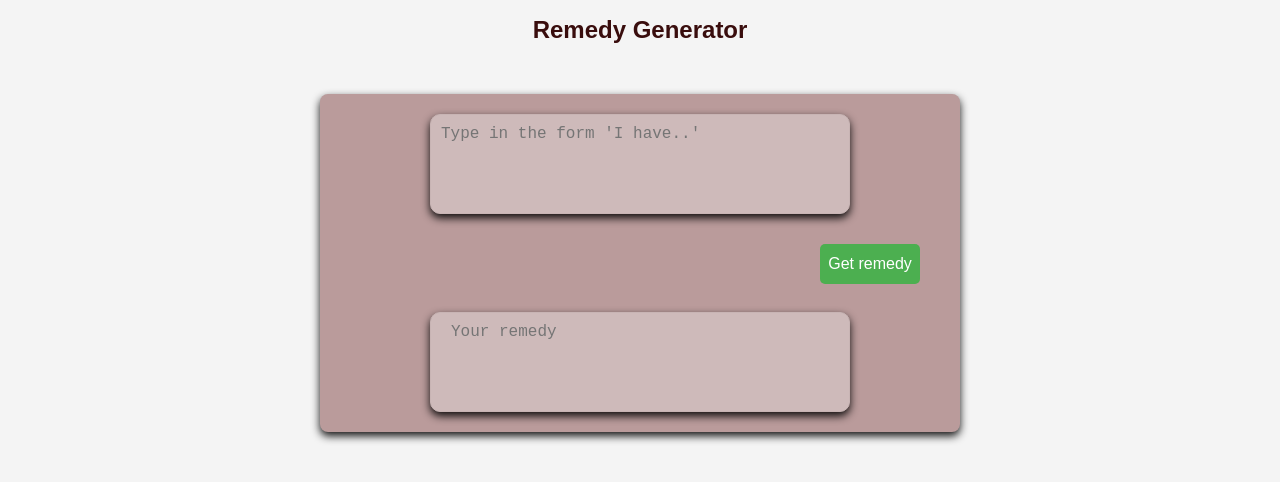
Repository: krutarthh/Ayurvedic-Remedy
Page: index.html
These files come from the project's save history. The page is drawn as it stood at one moment and after the next save; the edit follows.
The browser window is 1280 px wide. The pictures show the whole page.

Above is the page before, as saved 2024-04-06 20:50:18.

### index.html
<!DOCTYPE html>
<html>
  <head>

    <script type="importmap">
      {
        "imports": {
          "@google/generative-ai": "https://esm.run/@google/generative-ai"
        }
      }
    </script>
  </head>
  <body>

    <h1 id="main_title">Remedy Generator</h1>
    <div class="container">
    <link rel="stylesheet" href="app.css">

      <textarea id="user_input" placeholder="Type in the form 'I have..'" type="container"></textarea>




    <button id="Send" type="container">Get remedy</button>

      <br><br>
      <textarea id="answer" placeholder="Your remedy"type="container"></textarea>

  </div>
    <script type="module" src="app.js"></script>




</body>
</html>

### app.css
/* app.css */
body {
    font-family: Arial, sans-serif;
    background-color: #f4f4f4;
    margin: 0;
    padding: 0;
}
.container {

    max-width: 600px;
    margin: 50px auto;
    padding: 20px;
    background-color: #ba9b9b;;
    border-radius: 8px;
    box-shadow: 0 4px 8px rgba(0, 0, 0, 0.931);
}
#user_input,
#answer {
    width: 70%;
    padding: 10px;
    font-size: 16px;
    border: 1px solid #c8b4b4;
    background-color: #cebaba;
    border-radius: 10px; /* Add border-radius property with a value of 10px */
    box-sizing: border-box;
    resize: none;
    height: 100px;
    margin: 0 auto;
    display: block;
    box-shadow: 0 4px 8px rgba(0, 0, 0, 0.931);
}

#user_input {
    margin-bottom: 10px;
}

#Send {
    width: 100px;
    height: 40px;
    background-color: #4CAF50;
    color: white;
    border: none;
    border-radius: 5px;
    font-size: 16px;
    cursor: pointer;
    margin-left: 80% ;
    margin-top: 20px;
}

#answer {
    padding-left: 20px;
    margin-top: 10px;
}

#main_title {
    text-align: center;
    font-size: 24px;
    color: #390d0d;
    margin-bottom: 20px;
}

### app.js
import { GoogleGenerativeAI } from "@google/generative-ai";


const API_KEY = "AIzaSyDBtZZsASIYVyQiLgik32sfZeJjd2X8IPQ";


const genAI = new GoogleGenerativeAI(API_KEY);

const model = genAI.getGenerativeModel({ model: "gemini-pro" });


const user_input = document.getElementById("user_input");
const answer_area = document.getElementById("answer");
const send_button = document.getElementById("Send");

send_button.addEventListener("click", async () => {
    const question = user_input.value;
    const answer = await generateText(question + "give me a ayurvedic remidy, the answer should be short and specific behave like a chatbot dont format your answers just give simple text answers.");
    answer_area.textContent = answer;
});

async function generateText(prompt) {

    const result = await model.generateContent(prompt);
    const response = await result.response;
    const text = await response.text();
    return text;
}

After the next save:
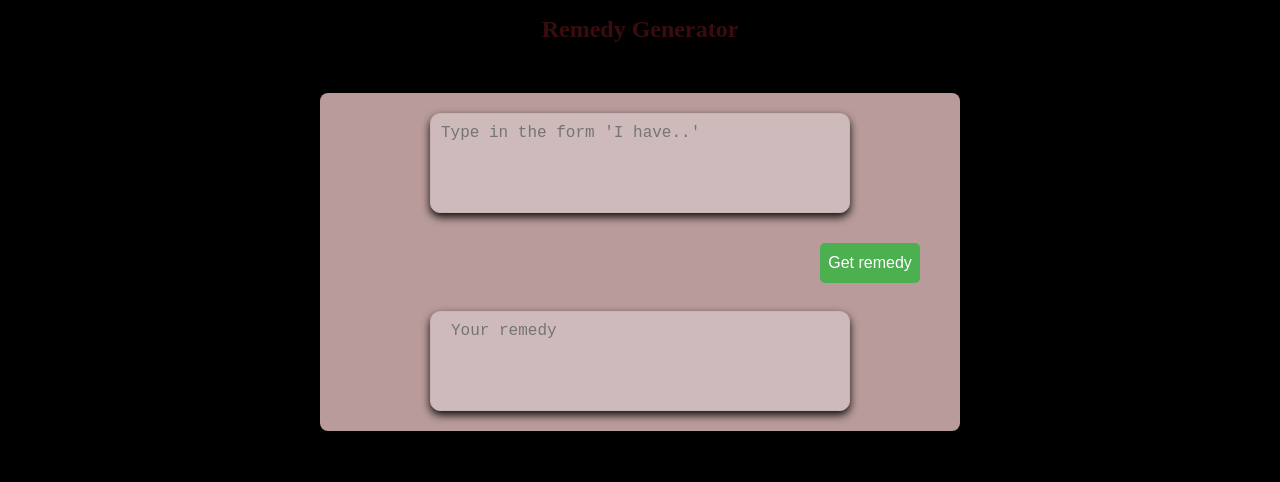
Saved 10 s later.
--- a/app.css
+++ b/app.css
@@ -1,9 +1,6 @@
 /* app.css */
 body {
-    font-family: Arial, sans-serif;
-    background-color: #f4f4f4;
-    margin: 0;
-    padding: 0;
+    background: #000;
 }
 .container {
 
